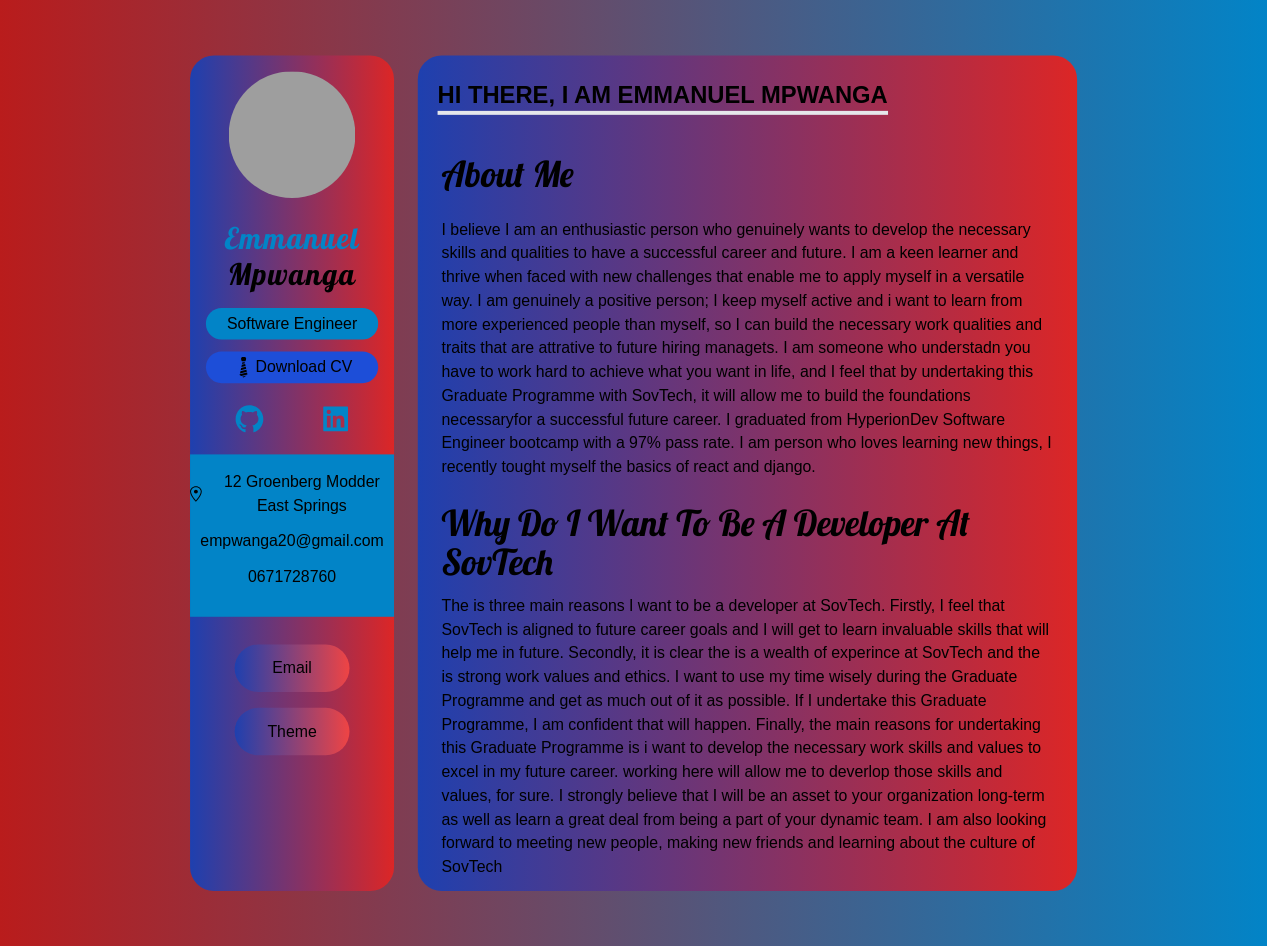
Repository: mannympwanga/portfolio
Page: /
The author's editor kept a copy of each file at every save. The page is drawn from the files as they stood at one save, then again after the next save.
The browser window is 1280 px wide. The pictures show the whole page, at 99% of full size.
Pictures or frames that could not be fetched are drawn as grey boxes. The project was rebuilt for these pictures with package versions that can differ from the ones it lists, and the page was loaded fresh each time. The framework's server and built-in components were replaced by stand-ins that run in the browser. Also part of the build but not shown: next.config.js.

Above is the page before, as saved 2021-11-24 22:50:30.

After the next save:
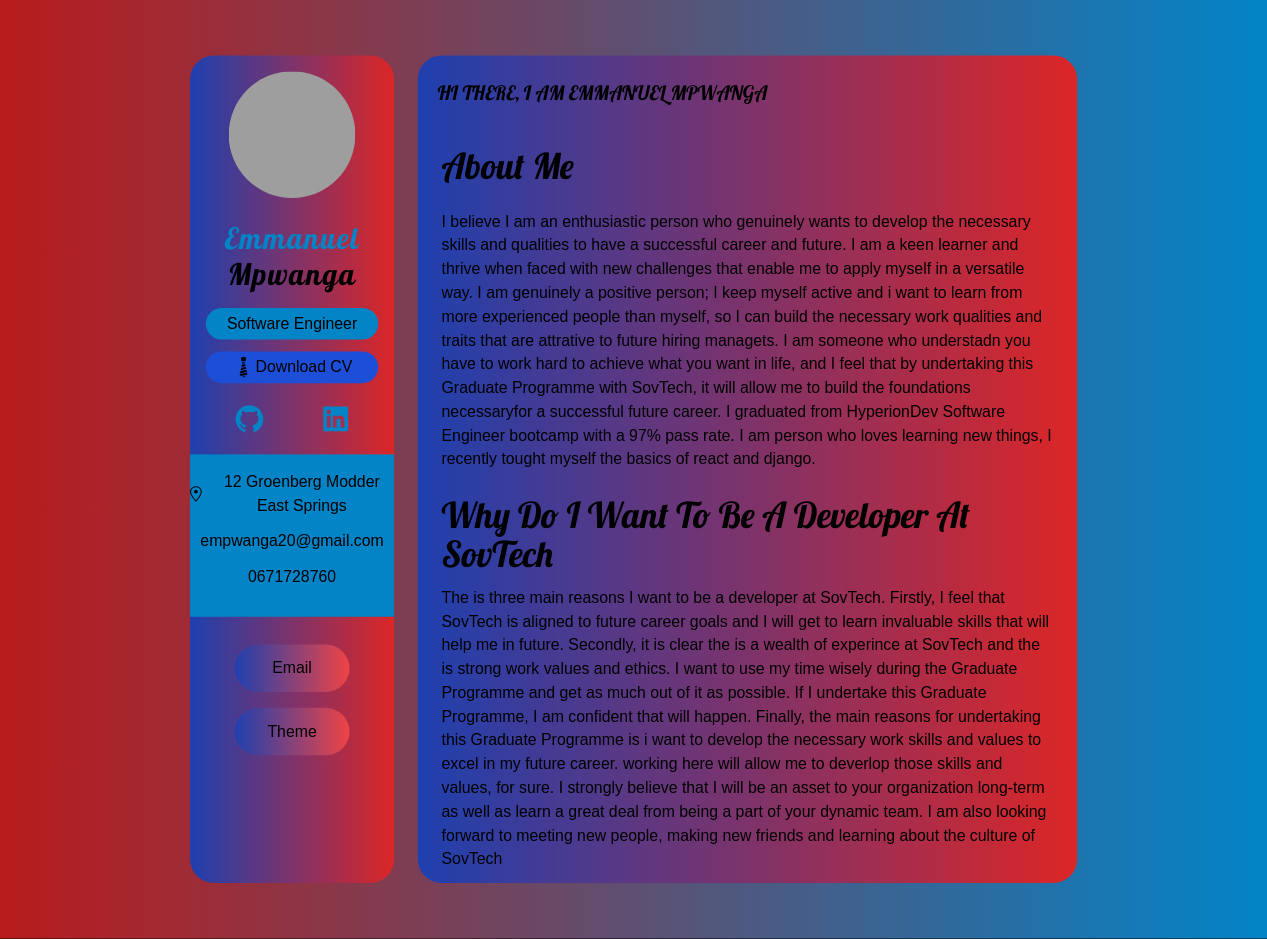
Saved 8 min 44 s later.
--- a/components/Navbar.tsx
+++ b/components/Navbar.tsx
@@ -2,48 +2,15 @@
 import { useRouter } from 'next/router'
 import Link from 'next/link'
 
-const NavItem: FunctionComponent<{
-   active: string
-   setActive: Function
-   name: string
-   route: string
-}> = ({ active, setActive, name, route }) => {
-   return active !== name ? (
-      <Link href={route}>
-         <a>
-            <span
-               className='mx-2 cursor-pointer hover:border-b-4 hover:text-blue'
-               onClick={() => setActive(name)}>
-               {name}
-            </span>
-         </a>
-      </Link>
-   ) : null
-}
+
 
 const Navbar = () => {
-   const { pathname } = useRouter()
-
-   const [active, setActive] = useState('')
-
-   //later
-   useEffect(() => {
-      if (pathname === '/') setActive('HI THERE, I AM EMMANUEL MPWANGA')
-     }, [])
 
    return (
       <div className='flex items-center justify-between px-5 py-3 my-3'>
-         <span className='text-xl font-bold border-b-4 md:text-2xl border-green'>
-            {active}
-         </span>
 
          <div className='text-base font-Lobster md:text-xl'>
-            <NavItem
-               active={active}
-               setActive={setActive}
-               name='HI THERE, I AM EMMANUEL MPWANGA'
-               route='/'
-            />
+            HI THERE, I AM EMMANUEL MPWANGA
          </div>
       </div>
    )
